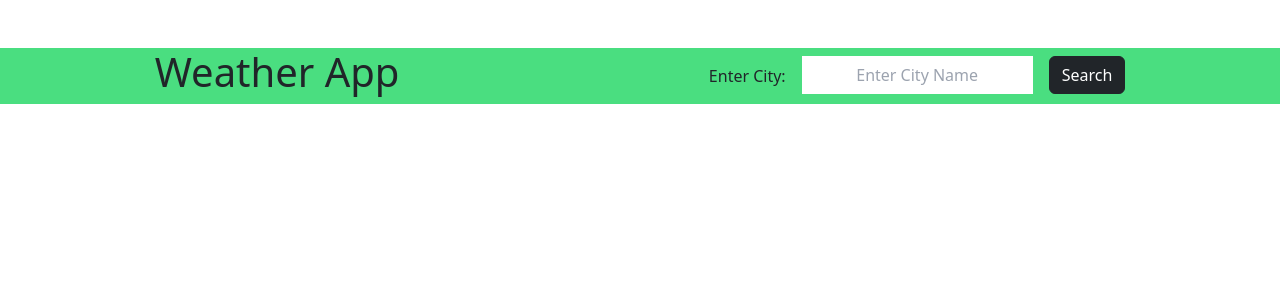
Repository: bhaveshtrades/weatherapp
Page: /
These files come from the project's save history. The page is drawn as it stood at one moment and after the next save; the edit follows.
The browser window is 1280 px wide. The pictures show the whole page.
The project was rebuilt for these pictures with package versions that can differ from the ones it lists, and the page was loaded fresh each time. Also part of the build but not shown: src/components/DetailedWeather.jsx, src/components/HourlyForecast.jsx.

Above is the page before, as saved 2023-01-17 18:19:43.

### public/index.html
<!DOCTYPE html>
<html lang="en">
  <head>
    <meta charset="utf-8" />
    <link rel="icon" href="%PUBLIC_URL%/favicon.ico" />
    <meta name="viewport" content="width=device-width, initial-scale=1" />
    <meta name="theme-color" content="#000000" />
    <meta
      name="description"
      content="Web site created using create-react-app"
    />
    <link rel="apple-touch-icon" href="%PUBLIC_URL%/logo192.png" />
    <!--
      manifest.json provides metadata used when your web app is installed on a
      user's mobile device or desktop. See https://developers.google.com/web/fundamentals/web-app-manifest/
    -->
    <link rel="manifest" href="%PUBLIC_URL%/manifest.json" />
  </head>

    <!--
      Notice the use of %PUBLIC_URL% in the tags above.
      It will be replaced with the URL of the `public` folder during the build.
      Only files inside the `public` folder can be referenced from the HTML.

      Unlike "/favicon.ico" or "favicon.ico", "%PUBLIC_URL%/favicon.ico" will
      work correctly both with client-side routing and a non-root public URL.
      Learn how to configure a non-root public URL by running `npm run build`.
    -->
    <title>React App</title>
  </head>
  <body>
    <noscript>You need to enable JavaScript to run this app.</noscript>
    <div id="root"></div>
    <!--
      This HTML file is a template.
      If you open it directly in the browser, you will see an empty page.

      You can add webfonts, meta tags, or analytics to this file.
      The build step will place the bundled scripts into the <body> tag.

      To begin the development, run `npm start` or `yarn start`.
      To create a production bundle, use `npm run build` or `yarn build`.
    -->
  </body>
</html>

### src/App.js
import React from 'react';
import CurrentWeather from './components/CurrentWeather';

function App() {

  return (
    <>
    <CurrentWeather/>
    </>
  );
}

export default App;

### src/components/CurrentWeather.jsx
import React, { useState } from 'react';
import DetailedWeather from './DetailedWeather';
import Navbar from './Navbar';
import HourlyForecast from './HourlyForecast';

function CurrentWeather(){

    const apiKey = process.env.REACT_APP_API_KEY;

    const[city, setCity] = useState();
    const[weatherData, setWeatherData] = useState([]);
    const[hourlyData, setHourlyData] = useState([]);

    let api = `http://api.weatherapi.com/v1/forecast.json?key=${apiKey}&q=${city}`;


    const weekDays = ['Sunday', 'Monday', 'Tuesday', 'Wednesday', 'Thursday', 'Friday', 'Saturday'];
    const months = ["January","February","March","April","May","June","July","August","September","October","November","December"]

     function getWeather(e){
      e.preventDefault();

      fetch(api).then(data => data.json())
      .then((response)=>{
        if(response.hasOwnProperty('location')){
        setWeatherData([response]);
        setHourlyData([response.forecast.forecastday[0].hour]);
        }else{
        setWeatherData([]);
        setHourlyData([]);
        }
      });
     }

     function forecastingData(element, index){
      let correctTime;
      let timeUnit = 'AM';
        if(new Date(`${element.time}`).getHours() === 0){
          correctTime = 12;
        }else if(new Date(`${element.time}`).getHours() === 12){
          correctTime = new Date(`${element.time}`).getHours();
          timeUnit = 'PM';
        }else if(new Date(`${element.time}`).getHours() > 12){
          correctTime = new Date(`${element.time}`).getHours() - 12;
          timeUnit = 'PM';
        }else{
          correctTime = new Date(`${element.time}`).getHours();
        }
        return <HourlyForecast key={index} tempProp={element.temp_c} iconProp={element.condition.icon} timeProp={correctTime+timeUnit}/>
     }

     console.log(new Date().getDate());

     function filteredForecasting(element){
      if(hourlyData[0].length !== 0){
      return new Date(`${element.time}`).getHours() >= new Date().getHours()
      }
    }

  return(
    <>
    <Navbar resultProp={getWeather} cityProp={(e)=>{setCity(e.target.value)}}/>
    {weatherData.length !==0 &&
    <div className='mt-16 pl-72'>
    <div>
    <h2>{weatherData[0].location.name}, {weatherData[0].location.country}</h2>
    <h4>{new Date(`${weatherData[0].current.last_updated}`).getDate()} {months[new Date(`${weatherData[0].current.last_updated}`).getMonth()]}, {weekDays[new Date(`${weatherData[0].current.last_updated}`).getDay()]}</h4>
    </div>
    <div className='flex gap-x-72 pt-12 pl-12 bg-red-500'>
    <div className='flex gap-x-10 pt-6'>
    <div>
    <img src={`${weatherData[0].current.condition.icon}`} alt='This is a weather Icon'/>
    </div>
    <div>
    <h2>{weatherData[0].current.temp_c}<span>&#176;</span></h2>
    <h4>{weatherData[0].current.condition.text}</h4>
    </div>
    </div>
    <DetailedWeather maxTempProp={weatherData[0].forecast.forecastday[0].day.maxtemp_c} minTempProp={weatherData[0].forecast.forecastday[0].day.mintemp_c} sunriseProp={weatherData[0].forecast.forecastday[0].astro.sunrise} sunsetProp={weatherData[0].forecast.forecastday[0].astro.sunset} windSpeedProp={weatherData[0].current.wind_kph} rainChanceProp={weatherData[0].forecast.forecastday[0].day.daily_chance_of_rain}/>
    </div>
    </div>
    }
    {hourlyData.length !== 0 && <div className='mt-4 ml-52 w-3/4 h-56 overflow-auto'>
    <div>
    <h3>Today's Weather</h3>
    </div>
    {<div className='flex gap-x-12 pl-4 pt-2'>
    {hourlyData[0].filter(filteredForecasting).map(forecastingData)}
    </div>}
    </div>}
    </>
  )
}

export default CurrentWeather;

### src/components/Navbar.jsx
import React from 'react'

function Navbar({resultProp, cityProp}){

  return (
    <>
    <div className='flex justify-around mt-12 bg-green-400'>
    <div>
    <h1>Weather App</h1>
    </div>
    <div className='pt-2'>
    <form role="search" onSubmit={resultProp} className='flex gap-x-4 bg-orange'>

        <label htmlFor='cityName' className='pt-2'>Enter City: </label>
        <input type='text' className='text-center' placeholder='Enter City Name' onChange={cityProp}/>
        <button type="submit" className='btn btn-dark' onClick={resultProp}>Search</button>
    </form>
    </div>
    </div>
    </>
  )
}

export default Navbar;

Loaded but not shown: src/index.js (common file); src/index.css (common file); src/reportWebVitals.js (common file); tailwind.config.js (common file)

After the next save:
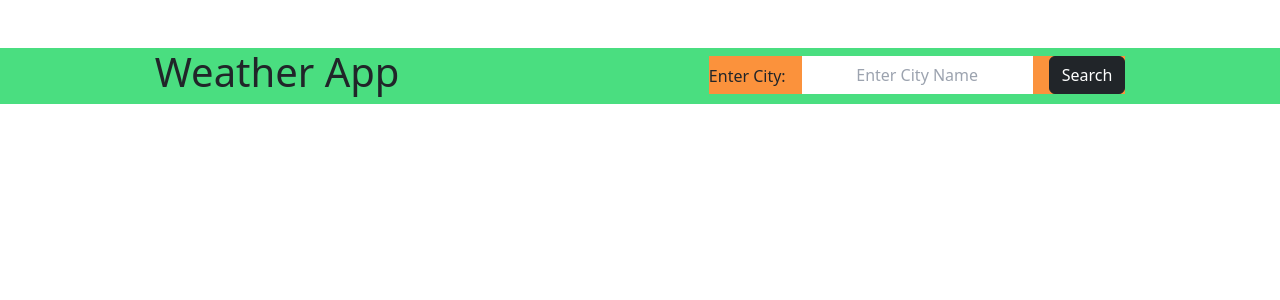
Saved 5 s later.
--- a/src/components/Navbar.jsx
+++ b/src/components/Navbar.jsx
@@ -9,8 +9,7 @@ function Navbar({resultProp, cityProp}){
     <h1>Weather App</h1>
     </div>
     <div className='pt-2'>
-    <form role="search" onSubmit={resultProp} className='flex gap-x-4 bg-orange'>
-
+    <form role="search" onSubmit={resultProp} className='flex gap-x-4 bg-orange-400'>
         <label htmlFor='cityName' className='pt-2'>Enter City: </label>
         <input type='text' className='text-center' placeholder='Enter City Name' onChange={cityProp}/>
         <button type="submit" className='btn btn-dark' onClick={resultProp}>Search</button>
